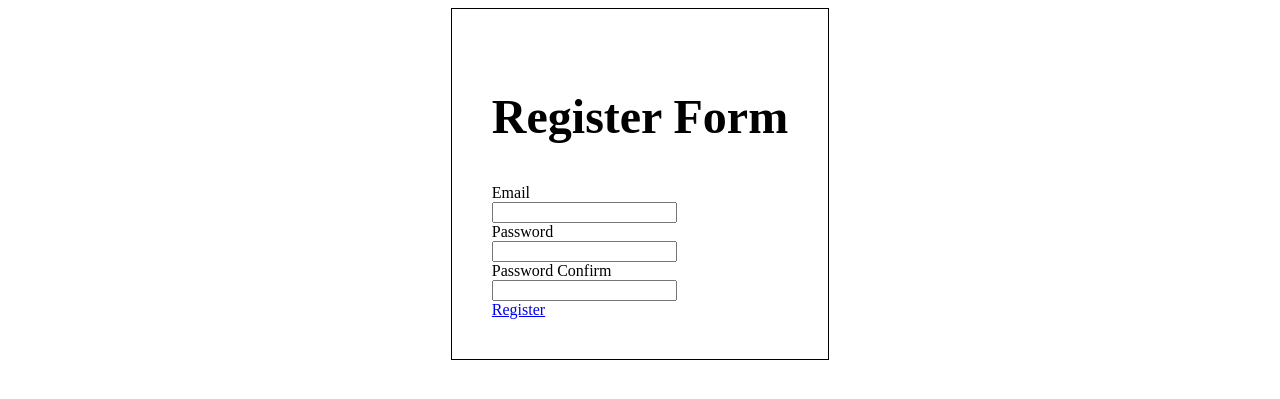
Repository: nptg3105/Register-form
Page: index.html
These files come from the project's save history. The page is drawn as it stood at one moment and after the next save; the edit follows.
The browser window is 1280 px wide. The pictures show the whole page.
Some web libraries are served in a nearby version.

Above is the page before, as saved 2022-01-05 21:48:03.

After the next save:
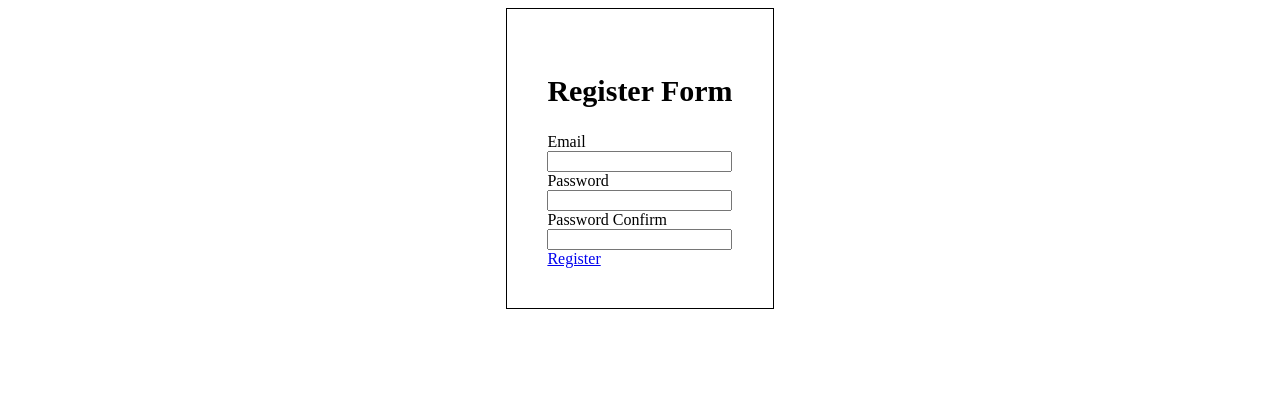
Saved 4 s later.
--- a/style.css
+++ b/style.css
@@ -8,5 +8,5 @@
 .title {
   text-align: center;
   font-weight: bold;
-  font-size: 48px;
+  font-size: 30px;
 }
